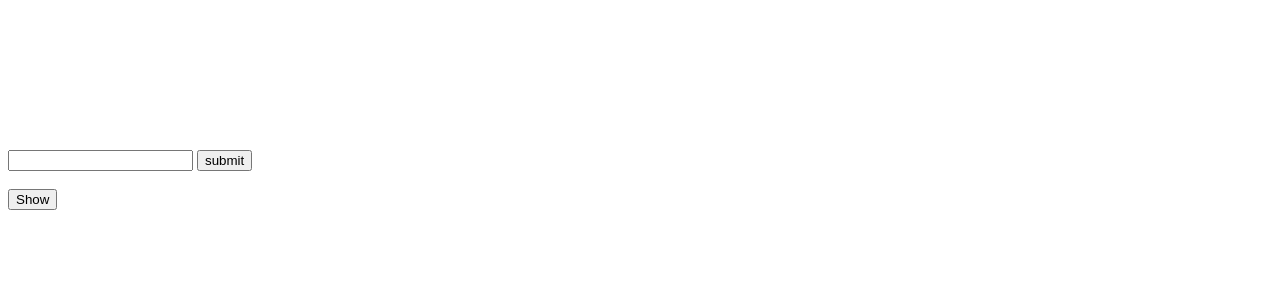
Repository: ehabmelhem/Basic_Node_js
Page: public/index.html
These files come from the project's save history. The page is drawn as it stood at one moment and after the next save; the edit follows.
The browser window is 1280 px wide. The pictures show the whole page.

Above is the page before, as saved 2021-02-03 23:09:53.

### public/index.html
<!DOCTYPE html>
<html lang="en">
  <head>
    <meta charset="UTF-8" />
    <meta name="viewport" content="width=device-width, initial-scale=1.0" />
    <title>NodeJs</title>
  </head>
  <style>
    form {
      margin-top: 150px;
    }
  </style>
  <body>
    <form id="form">
      <input autocomplete="off" id="text" type="text" />
      <input type="submit" value="submit" />
    </form>
    <br />
    <button id="show">Show</button>
    <script src="index.js"></script>
  </body>
</html>

### public/index.js
let form = document.getElementById("form");
let text = document.getElementById("text");

form.addEventListener("submit", (e) => {
  e.preventDefault();
});

After the next save:
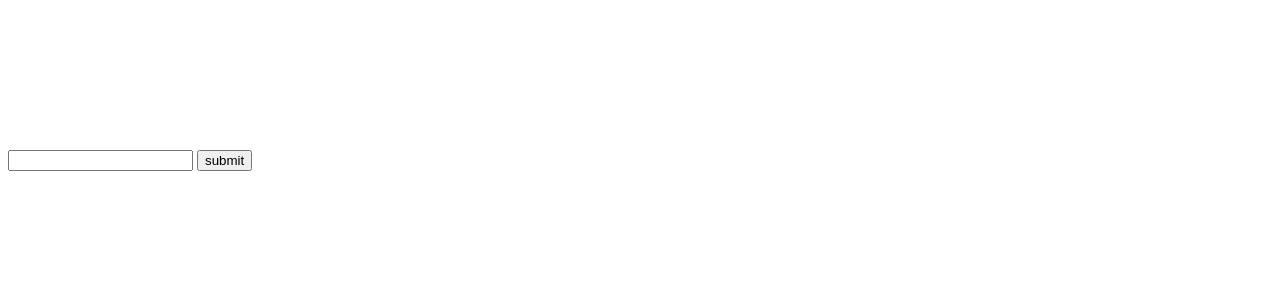
Saved 10 s later.
--- a/public/index.html
+++ b/public/index.html
@@ -16,7 +16,6 @@
       <input type="submit" value="submit" />
     </form>
     <br />
-    <button id="show">Show</button>
     <script src="index.js"></script>
   </body>
 </html>
